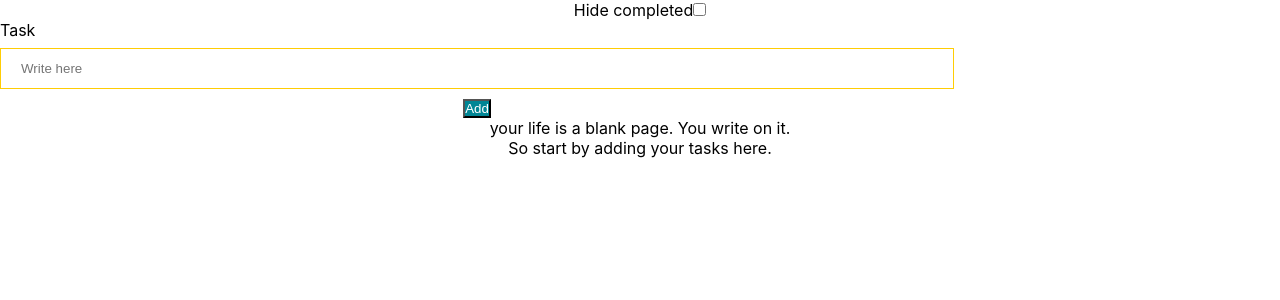
Repository: ArusyakAghajanyan/ToDoMamble
Page: /
An editor plug-in stored every save of this project. The page is shown before and after the next save, followed by the edit.
The browser window is 1280 px wide. The pictures show the whole page.
The project was rebuilt for these pictures with package versions that can differ from the ones it lists, and the page was loaded fresh each time. Also part of the build but not shown: src/components/ToDoItem.jsx, src/components/confirm.css, src/components/Confirm.jsx.

Above is the page before, as saved 2022-05-23 12:25:34.

### src/App.js

import './App.css';
import AddItem from './components/AddItem';
import ToDoList from './components/ToDoList';
import Confirm from './components/Confirm';
import {useState,useEffect} from 'react'


function App() {
  const [todo, setTodo]=useState([]);
  const [filteredTodo,setFilteredTodo]=useState([]);
  const [modal, setModal] = useState(false);
const [confirmStatus, setConfirmStatus] = useState(false);
  const [deleteItem, setDeletItem] = useState({});

  function modalStatus(status, item){
    console.log(status, item);
    setModal(status);
    setDeletItem(item);

  }
  function confirmDelete(status){
    console.log("deletestatus=", status);
    if(status === "no") {
      setConfirmStatus(false);
      setModal(false);
    }else if (status === "yes"){
      setConfirmStatus(true);
      setModal(false)
    }
  }
  function filter(check){
    if(check){
      setFilteredTodo(todo.filter(td => td.isCompleted))
    }else{
      setFilteredTodo([]);
    }
  }

  useEffect(()=>{
    console.log("confirmStatus=", confirmStatus);
    if(confirmStatus){
      setTodo(todo.filter(value => value.id !== deleteItem.id));
      setDeletItem({});
    }
    setConfirmStatus(false);
      console.log(modal);

  },[confirmStatus])

useEffect(() => {
  let todos;
  let storageData = localStorage.getItem("todos");
  if(storageData !== "undefined"){
    todos = JSON.parse(storageData);
  }
  if(todos) setTodo(todos);
}, [])

useEffect(() => {
 if(todo.length > 0) localStorage.setItem("todos",JSON.stringify(todo))
 if(todo.length == 0) localStorage.clear();
}, [todo])

  return (
    <div className="App">
      <label htmlFor="filter">
      Hide completed
      <input id="filter" type="checkbox" onChange={(e)=>{
      filter(e.target.checked)
      }} />
      </label>
      <AddItem onAdd={(text)=>{
        setTodo([{
          id:Math.random(),
          text:text,
          isCompleted:false
        },...todo])
      }}/>
      <ToDoList
      todo={filteredTodo.length > 0 ? todo.filter(td => !td.isCompleted):todo}
      modalStatus={modalStatus}
      onChange={(newItem)=>{
      setTodo(todo.map(td=>{
        if(td.id==newItem.id){
          return newItem
        }
        return td
      }))
      }}
      />
       { modal && <Confirm confirmDelete={confirmDelete} modalStatus={modalStatus}/>}
    </div>
  );
}

export default App;

### src/components/AddItem.jsx
import {React, useState, useEffect, useRef} from 'react'
import './addItem.css'

export default function AddItem({onAdd}) {
    const [text, setText] = useState("");
    const[errorMes,setErrorMes] = useState("");
    const inputText = useRef(0);
    let validText = "";
    useEffect(() => {
        inputText.current.addEventListener("keyup",(e)=>{
            let id=setTimeout(()=>{
            validText = e.target.value;
            if(validText.length >= 54 ){
             setErrorMes("Task content can contain max 54 characters.")
            } else {
                setErrorMes("");
                setText(validText);
            }
            },1000);
            return () => clearTimeout(id)
        })
    }, [text])

    return (

      <form
      className="formTask"
      onSubmit={(e)=>{
          e.preventDefault();
          if(errorMes==="" && text !=="") onAdd(text);
          if(errorMes==="") setText("");
      }}>
      <div classsName="formDiv">
       <div className="inputDiv">
            <label className="taskLabel" htmlFor="inputText"> Task
            </label>
            <input
            id="inputText"
            type="text"
            style={errorMes ? {borderColor: 'red'} : {borderColor:'#FFCD04'}}
            ref= {inputText}
             value={text}
             placeholder="Write here"
            onChange={(e)=>{
            setText(e.target.value)
            }}/>
            <p>{errorMes}</p>
            </div>
            <button className="addbut">Add</button>

            </div>
         </form>

    )
}

### src/components/ToDoList.jsx
import React from 'react';
import ToDoItem from './ToDoItem'

export default function ToDoList({todo,modalStatus,onChange}) {
    return (
        <div>
           {todo && todo.length > 0 ? todo.map(item=>{
               return (
<ToDoItem
key={item.id}
item = {item}
modalStatus={modalStatus}
onChange={onChange}
/>
               )
           }):
            <>
            <p>your life is a blank page. You write on it.</p>
            <p>So start by adding your tasks here.</p>
            </>
        }
        </div>
    )
}

### src/components/addItem.css
*{
    margin: 0;
    padding: 0;
    box-sizing: border-box;
}
.addbut{
    background-color: #008594;
    color: #FFFFFF;
}
#formDiv{
    display: flex;

}
#inputText{
    position: center;
    width: 954px;
    padding: 12px 20px;
    margin: 8px 0;
    border: 1px solid #FFCD04;
    outline: none;

}
#inputText:hover{
    border: 1px solid rgb(90, 10, 90)
}
.taskLabel{

    float: left;

}
.formTask{
    width: 954px;
}

### src/components/toDoItem.css
*{
   margin: 0;
   padding: 0;
   box-sizing: border-box;
}

Loaded but not shown: public/index.html (common file); src/index.js (common file); src/index.css (common file); src/reportWebVitals.js (common file); src/App.css (common file)

After the next save:
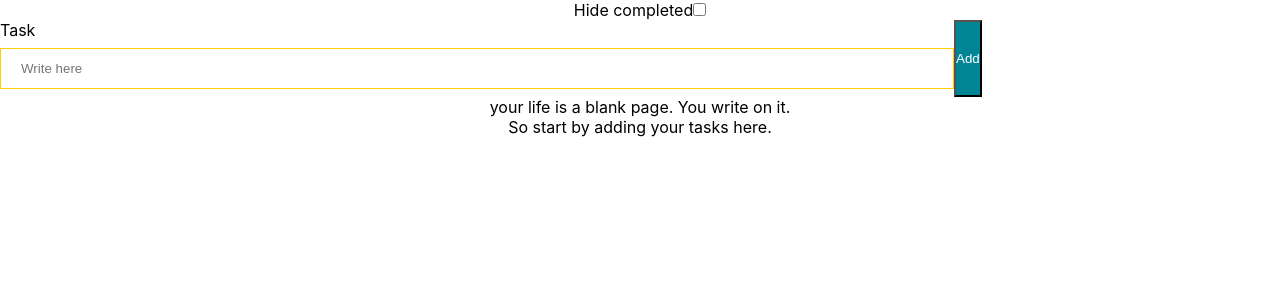
Saved 7 s later.
--- a/src/components/AddItem.jsx
+++ b/src/components/AddItem.jsx
@@ -30,7 +30,7 @@ export default function AddItem({onAdd}) {
           if(errorMes==="" && text !=="") onAdd(text);
           if(errorMes==="") setText("");
       }}>
-      <div classsName="formDiv">
+      <div id="formDiv">
        <div className="inputDiv">
             <label className="taskLabel" htmlFor="inputText"> Task
             </label>
